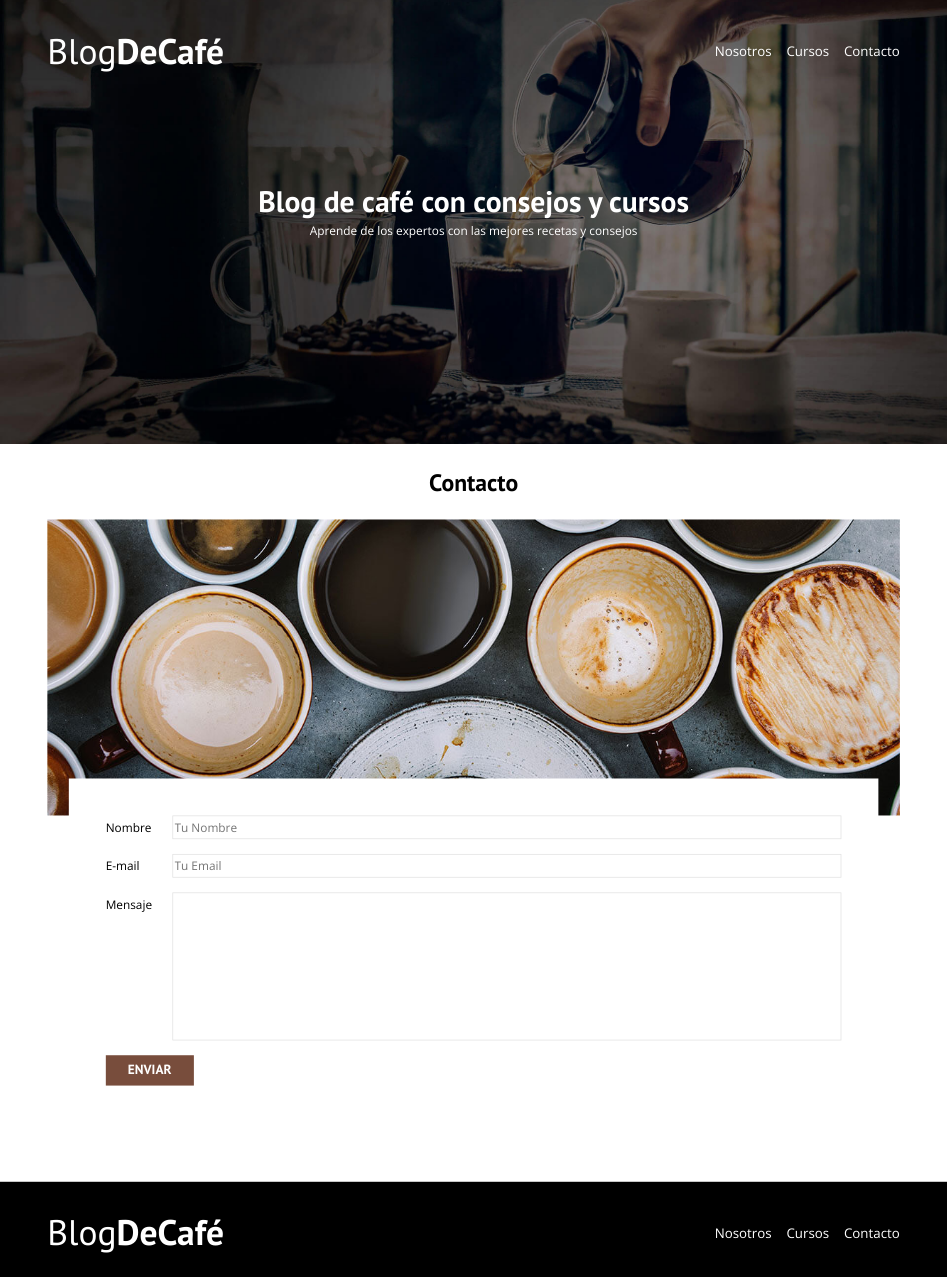
Repository: araque1990/blog_de_cafe
Page: contacto.html
An editor plug-in stored every save of this project. The page is shown before and after the next save, followed by the edit.
The browser window is 1280 px wide. The pictures show the whole page, at 74% of full size.

Above is the page before, as saved 2023-01-12 19:32:37.

After the next save:
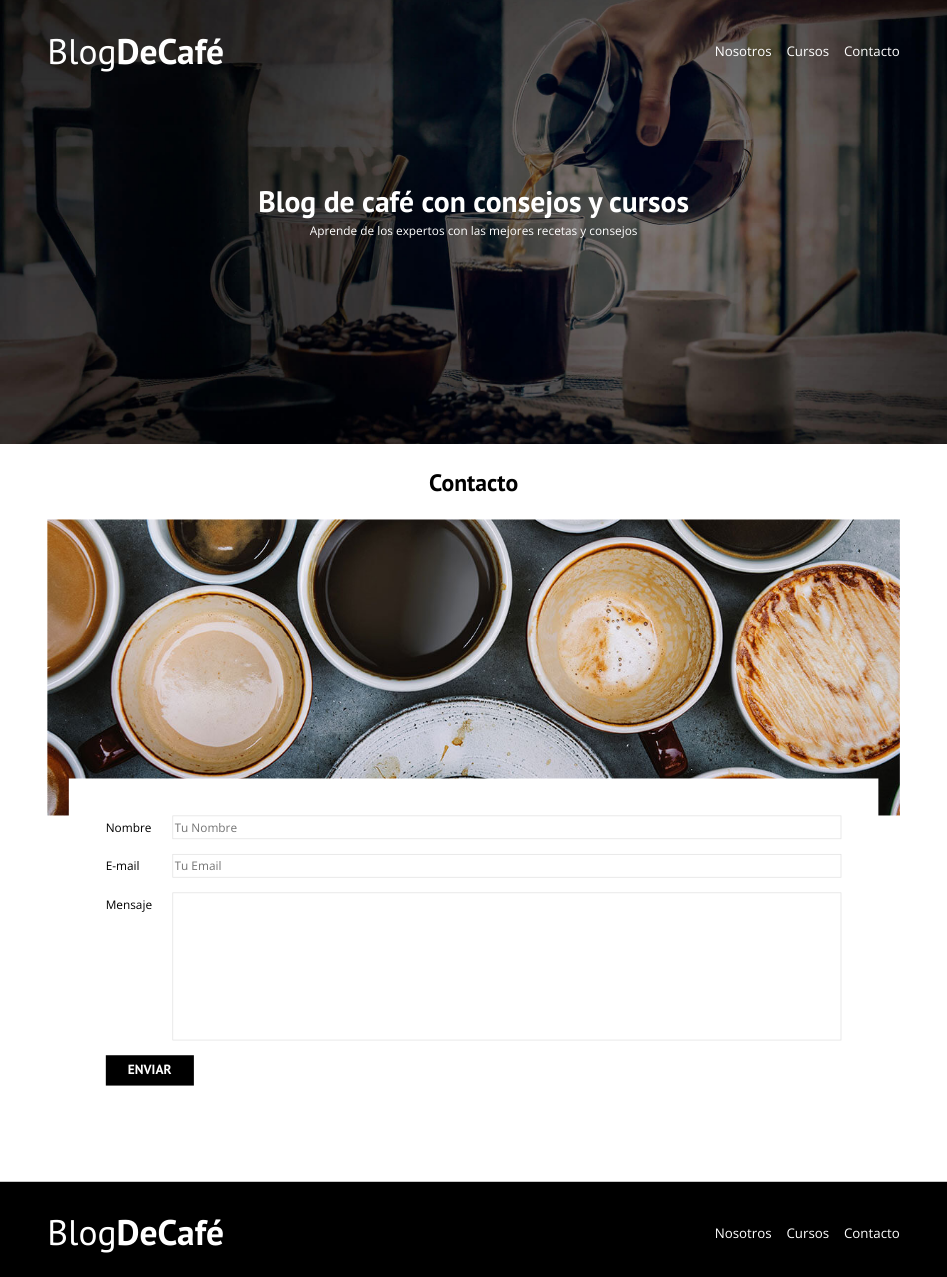
Saved 5 min 50 s later.
--- a/contacto.html
+++ b/contacto.html
@@ -53,7 +53,7 @@
       </div>
 
       <div class="campo">
-        <input type="submit" value="Enviar" class="boton boton--secundario">
+        <input type="submit" value="Enviar" class="boton boton--primario">
       </div>
     </form>
 
